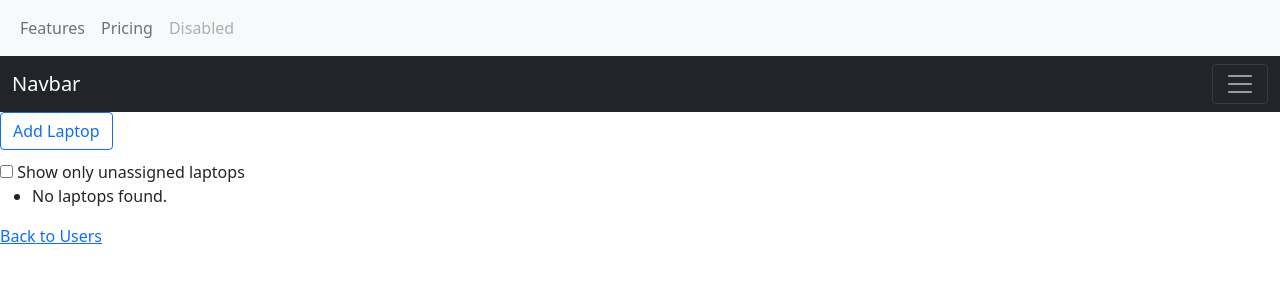
Repository: RishabhSpark/asset-management
Page: app/templates/laptops.html
These files come from the project's save history. The page is drawn as it stood at one moment and after the next save; the edit follows.
The browser window is 1280 px wide. The pictures show the whole page.
The page is served by the project's application, run on Flask 3 (app/main.py). The template is opened directly, without the code that normally fills it, so the values that code supplies are empty.

Above is the page before, as saved 2025-06-11 16:11:24.

After the next save:
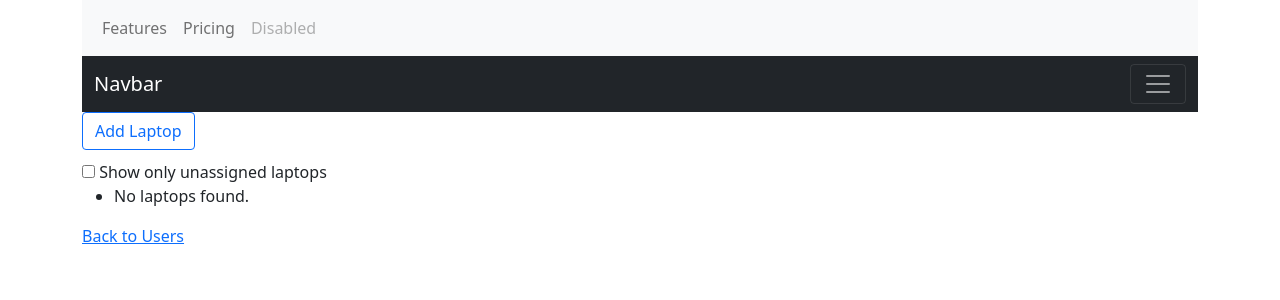
Saved 52 s later.
--- a/app/templates/laptops.html
+++ b/app/templates/laptops.html
@@ -9,7 +9,7 @@
       crossorigin="anonymous"
     />
   </head>
-  <body>
+  <body class="container">
     <nav class="navbar navbar-expand-lg navbar-light bg-light">
       <div class="container-fluid">
         <button
